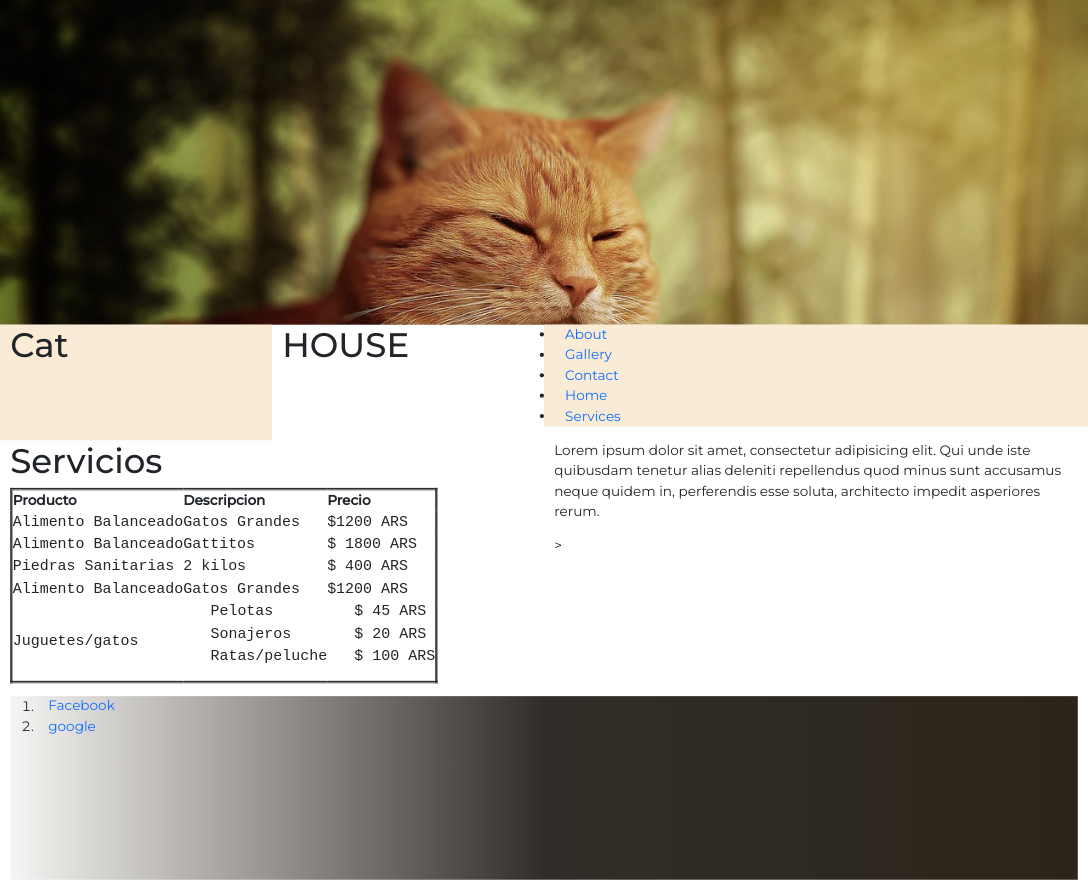
Repository: raul4264/final
Page: Services.html
An editor plug-in stored every save of this project. The page is shown before and after the next save, followed by the edit.
The browser window is 1280 px wide. The pictures show the whole page, at 85% of full size.

Above is the page before, as saved 2021-04-02 12:35:14.

After the next save:
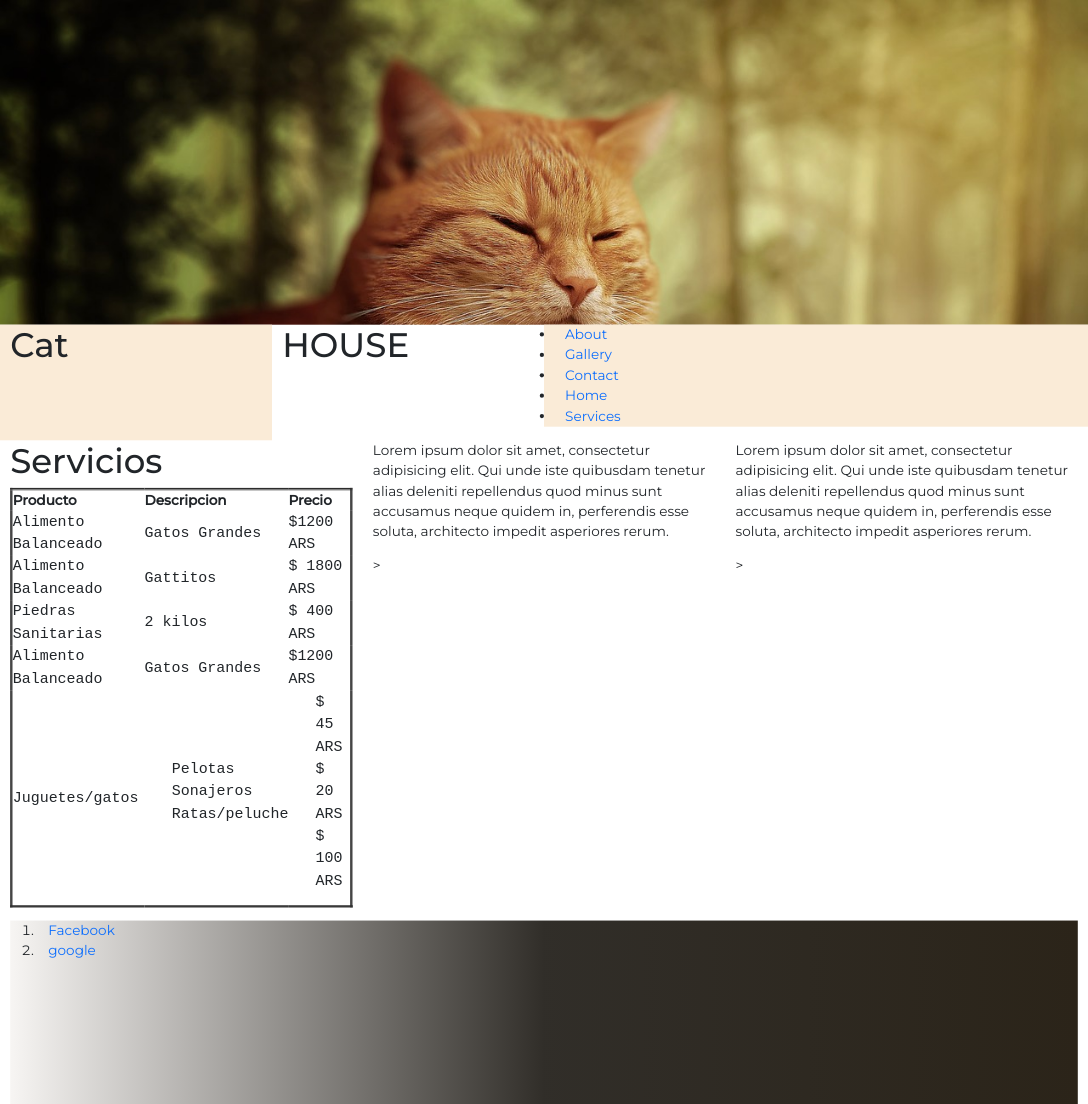
Saved 2 min 7 s later.
--- a/Services.html
+++ b/Services.html
@@ -86,7 +86,7 @@
             </div>
             <div class="row">
 
-                    <section class="servicios col-sm-12 col-md-6">
+                    <section class="servicios col-sm-12 col-md-4">
                         <h1>Servicios</h1>
                         <table class="servicios1" border="3px" cellpadding="15px">
                             <tr>
@@ -134,7 +134,12 @@
                         </table>
 
                     </section>
-                    <section class="servicios2 col-sm-12 col-md-6">
+                    <section class="servicios2 col-sm-12 col-md-4">
+                        <p>Lorem ipsum dolor sit amet, consectetur adipisicing elit. Qui unde iste quibusdam tenetur
+                            alias deleniti repellendus quod minus sunt accusamus neque quidem in, perferendis esse
+                            soluta, architecto impedit asperiores rerum.</p>>
+                    </section>
+                    <section class="servicios3 col-sm-12 col-md-4">
                         <p>Lorem ipsum dolor sit amet, consectetur adipisicing elit. Qui unde iste quibusdam tenetur
                             alias deleniti repellendus quod minus sunt accusamus neque quidem in, perferendis esse
                             soluta, architecto impedit asperiores rerum.</p>>
